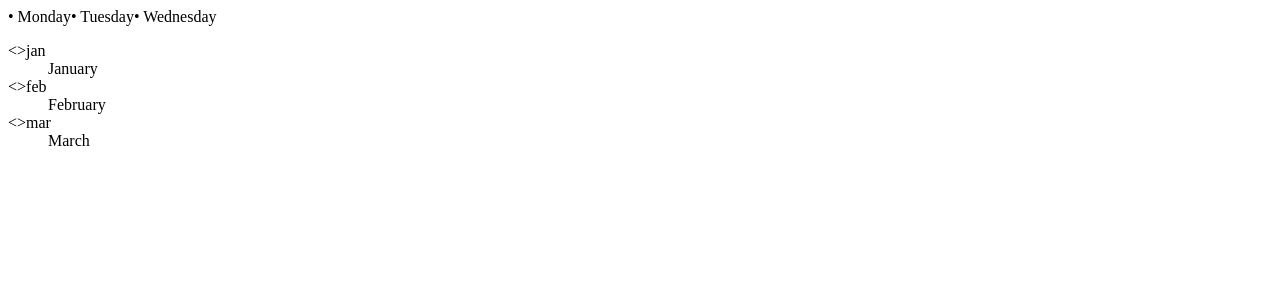
Repository: NetGary0430/htdocs
Page: http://localhost/array.php
An editor plug-in stored every save of this project. The page is shown before and after the next save, followed by the edit.
The browser window is 1280 px wide. The pictures show the whole page.
The page is run by PHP 8.4 with error messages shown; the project is at /var/www/html/.

Above is the page before, as saved 2025-03-01 13:59:50.

After the next save:
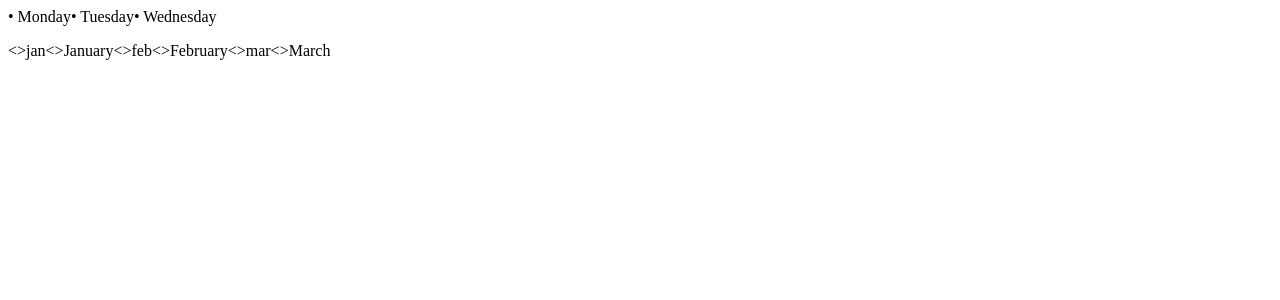
Saved 7 s later.
--- a/array.php
+++ b/array.php
@@ -14,7 +14,7 @@
                     'feb' => 'February', 'mar' => 'March');
     echo '<dl>';
     foreach($months as $key => $value)
-    {echo"<>$key<dd>$value</dd>";}
+    {echo"<>$key<>$value";}
     echo '</dl>';
     ?>
 </body>
